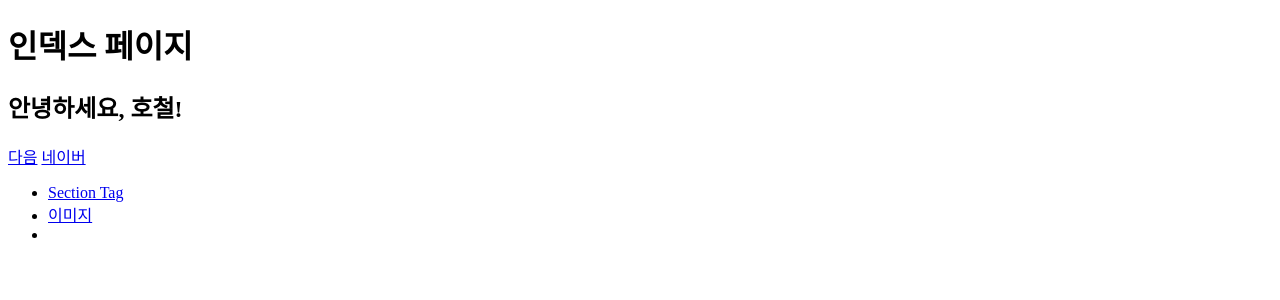
Repository: Sid0130/HTML
Page: lab-web/lab01_html/src/main/webapp/index.html
The author's editor kept a copy of each file at every save. The page is drawn from the files as they stood at one save, then again after the next save.
The browser window is 1280 px wide. The pictures show the whole page.

Above is the page before, as saved 2024-12-03 05:47:03.

### lab-web/lab01_html/src/main/webapp/index.html
<!DOCTYPE html> <!-- DTD(Document Type Declaration): 문서 종류 선언 -->


<html> <!-- 특별한 경우가 아니라면문서의 종류가 html 파일이고 html로 시작하고 html로 끝남 -->

    <!-- head: 웹페이지 설정. 인코딩, 타이틀, CSS, JavaScript, ... 설정. -->
    <head>
        <meta charset="UTF-8" />
        <title>Lab01</title> <!-- 시작과 끝을 나타내기위해 끝에 슬래쉬를 붙히고
        태그라고 말함. 대부분의 태그들을 사이에 다른것들을 넣을 수 있고 분리하게 되고 슬래쉬로 구분
        특별한 종류의 태그들은 시작과 종료가없어서 컨텐트를 넣는게 없음
        사이에 들어가는게 없는데 권장사항은 / 를 넣는게 권장사항-->
    </head>

    <!-- body: 브라우저 화면에서 보여지는 부분. -->
    <body>
        <!--  태그들을 배우는 것 -->

        <!-- heading 태그: h1 ~ h6. 문서 제목. --> <!-- 제목을 달아주는데 그 밑에 소제목 느낌 -->
        <h1>인덱스 페이지</h1>
        <h2>안녕하세요, 호철!</h2>

        <!-- anchor(링크, 앵커) -->
        <a href= "http://www.daum.net">다음</a>
        <a href= "http://www.naver.com">네이버</a>

        <!-- 리스트 -->
        <ul>
            <li>
                <a href="section.html">Section Tag</a>
                <!-- 그 폴더위치에 있는 파일을 찾을때에는 파일 이름만 적으면됨. -->
            </li>
            <li>
            <a href = "image.html">이미지 </a>
            </li>
            <li>
            </li>
        </ul>
    </body>
</html>

<!--웹페이지를 만들때 사용되는 언어
HTML(Hyoer-text Markup Language)
    - HTML 요소(element): 태그(tag), 속성(attribute), 컨텐트(content)
    - HTML 문법:
      o. <tga attr_name="value1" att2_name="value2" ...>content</tag>
      o. <tag attr_name="value" .../>
    - HTML 태그 이름들은 대/소문자를 구분하지 않지만, 소문자로만 작성하는 것을 권장.
    - 태그의 속성 값을 설정할 때는 큰따옴표("")와 작은따옴표('')를 모두 사용할 수 있음.
    - HTML 요소:
      o. block 요소:
            자동으로 줄바꿈이 되는 요소. 다른 요소의 아래쪽에 배치되는 요소.
            가로(width), 세로(height) 크기를 설정할 수 있는 요소.
            (예) h1, h2, div, ul, li, form, table, ...
      o. inline요소:
            자동으로 줄바꿈이 되지 않는 요소. 다른 요소의 오른쪽에 배치되는 요소.
            가로, 세로 크기를 설정할 수 없는 요소.
            (예) a, span, ...
      o. inline-block 요소:
            다른 요소의 오른쪽에 배치되는 요소.
            가로, 세로 크기를 설정할 수 있는 요소.
            (예) img


시작태그와 종료사이에 있는걸 content 라고도하고 자식요소라고도한다
컨텐트가 있으면 종료태그를 반드시 </태그>
없으면 알려주기만 하면된다

시작했으면 끝났다는걸 알려줘야함!!
속성이 여러개일 수 있는데 구분하는건 공백하나로 구분
 -->

After the next save:
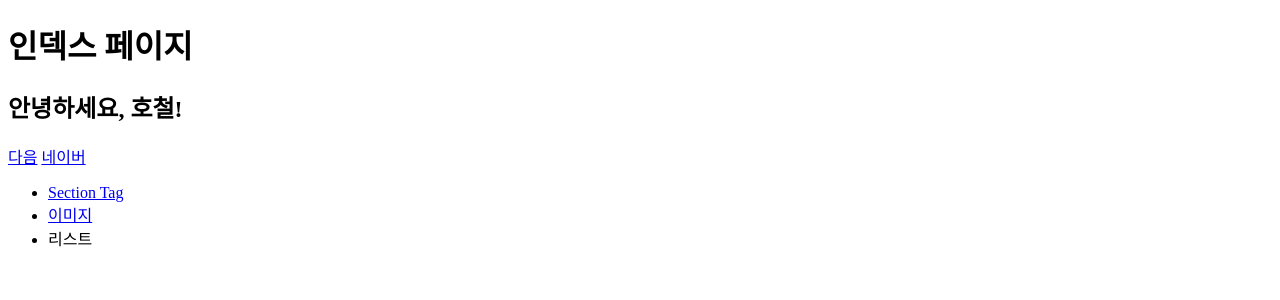
Saved 29 s later.
--- a/lab-web/lab01_html/src/main/webapp/index.html
+++ b/lab-web/lab01_html/src/main/webapp/index.html
@@ -34,6 +34,7 @@
             <a href = "image.html">이미지 </a>
             </li>
             <li>
+                <a>리스트</a>
             </li>
         </ul>
     </body>
